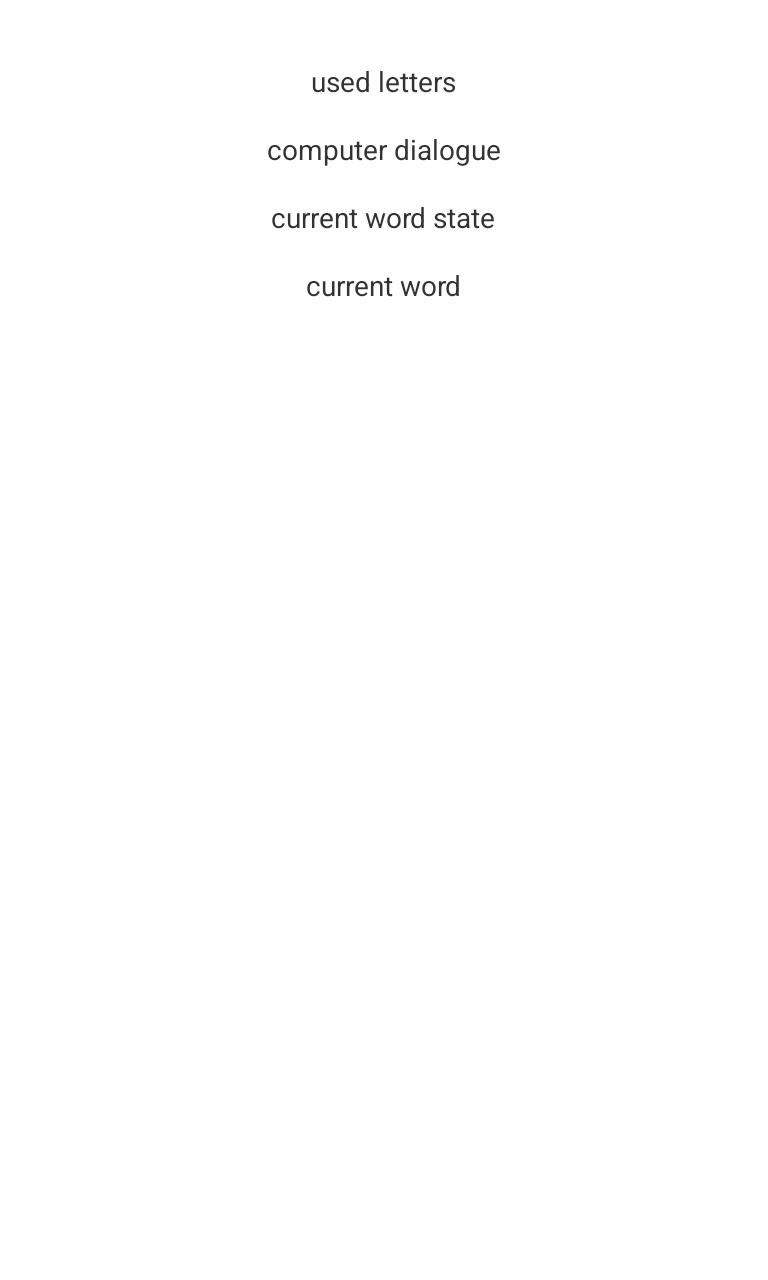
Repository: svandenhout/EvilSpaceMonsterHangman
Layout: evilSpaceMonsterHangman/res/layout/activity_main.xml
The author's editor kept a copy of each file at every save. The layout is drawn from the files as they stood at one save, then again after the next save.
It is drawn on a 768 x 1280 px phone screen (xhdpi) without system bars, with theme AppTheme; the app's code is not run.

Above is the layout before, as saved 2013-12-15 20:17:17.

After the next save:
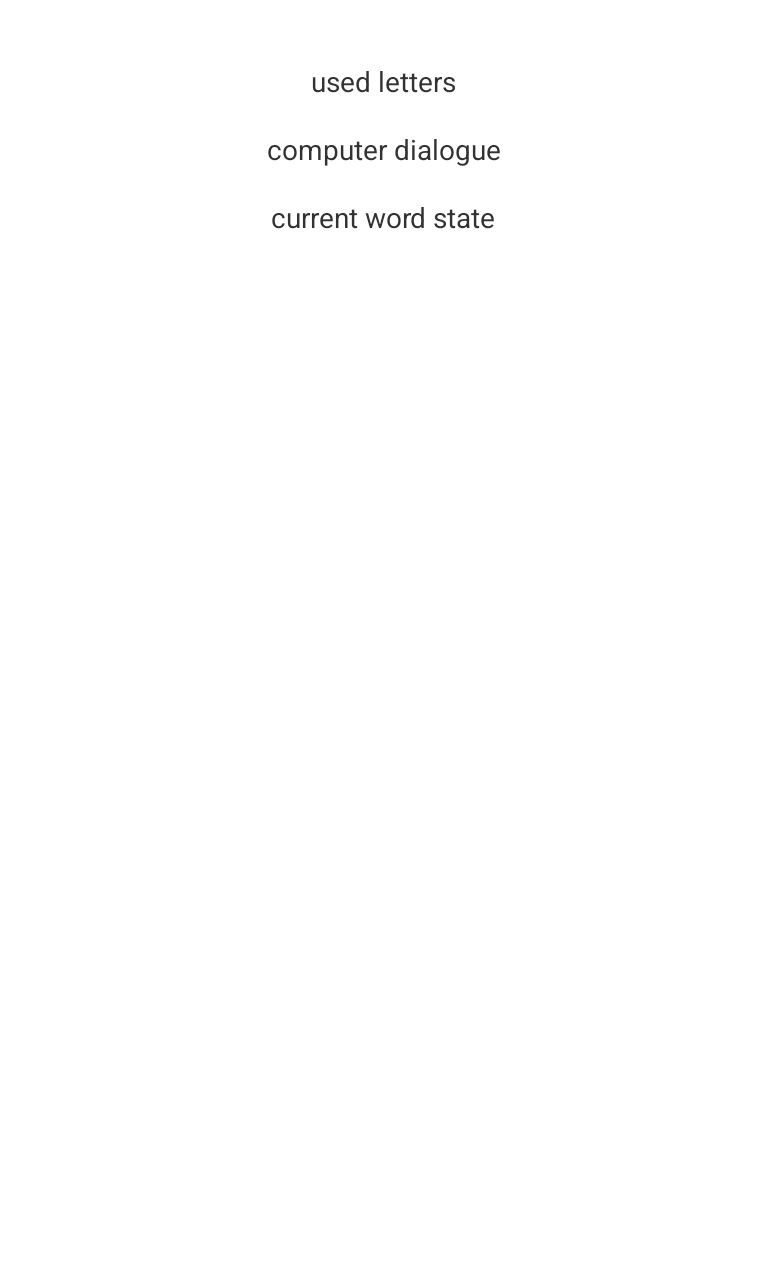
Saved 92 min 32 s later.
--- a/evilSpaceMonsterHangman/res/layout/activity_main.xml
+++ b/evilSpaceMonsterHangman/res/layout/activity_main.xml
@@ -26,16 +26,6 @@
             android:layout_below="@+id/usedLetters"
             android:layout_marginTop="15dp"/>
 
-
-    <TextView
-            android:id="@+id/currentWord"
-            android:layout_width="wrap_content"
-            android:layout_height="wrap_content"
-            android:text="@string/current_word"
-            android:layout_below="@+id/currentWordState"
-            android:layout_centerHorizontal="true"
-            android:layout_marginTop="15dp"/>
-
     <TextView
             android:id="@+id/currentWordState"
             android:layout_width="wrap_content"
